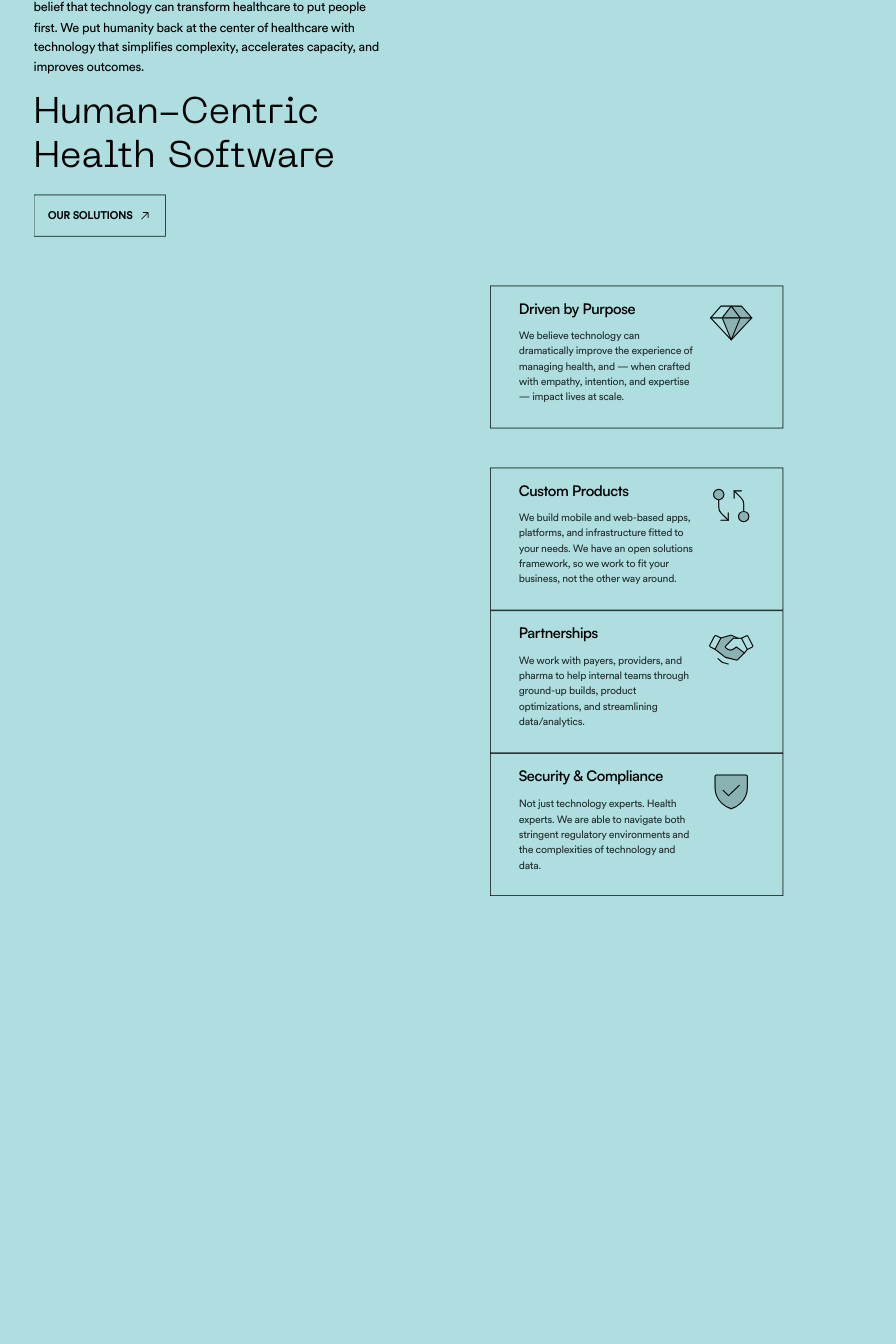
Repository: nikhilsinghrathore1/CAC_Ki_Majdoori
Page: /
The author's editor kept a copy of each file at every save. The page is drawn from the files as they stood at one save, then again after the next save.
The browser window is 1280 px wide. The pictures show the part of the page from y = 960 to 2880 px (the page is 2880 px tall), at 70% of full size.
The project was rebuilt for these pictures with package versions that can differ from the ones it lists, and the page was loaded fresh each time. Also part of the build but not shown: vite.config.ts.

Above is the page before, as saved 2024-07-24 23:40:02.

### index.html
<!doctype html>
<html lang="en">
  <head>
    <meta charset="UTF-8" />
    <link rel="icon" type="image/svg+xml" href="/vite.svg" />
    <meta name="viewport" content="width=device-width, initial-scale=1.0" />
    <title>CAC Not hopefully test draft</title>
  </head>
  <body>
    <div id="root"></div>
    <script type="module" src="/src/main.tsx"></script>
  </body>
</html>

### src/App.tsx

import './App.css'
import Landing from './Pages/Landing'
import SecondTest from './Pages/SecondTest'
import ThirdTest from './Pages/ThirdTest'

function App() {

  return (
    <>
      <Landing/>
      <SecondTest/>
      <ThirdTest/>
    </>
  )
}

export default App

### src/index.css
@tailwind base;
@tailwind components;
@tailwind utilities;

/* Hide scrollbar for Chrome, Safari and Opera */
*::-webkit-scrollbar {
            width: 3px;


}

### src/App.css
@font-face {
  font-family: font1;
  src: url("/PPNeueMontreal-Regular.ttf");
}

@font-face {
  font-family: font2;
  src: url("/659dbdfd5a080be8d3483173_Satoshi-Variable.ttf");
}
 @font-face {
  font-family: font4;
  src: url("/public/CircularXXWeb-Book.ttf");
}
@font-face {
  font-family: font3;
  src: url("/659dbdfd5a080be8d348316e_PP\ Neue\ Machina\ Inktrap\ Medium.ttf");
}
@font-face {
  font-family: font5;
  src: url("/public/659dbdfd5a080be8d348316f_PPNeueMachina_\ Light.ttf");
}

.f1{
  font-family: font1;
}
.f2{
  font-family: font2;
}

.f3{
  font-family: font3;
}
.f4{
  font-family: font4;
}
.f5{
  font-family: font5;
}
.transi{
  transition: all 0.5s ease-out;
}

### src/Pages/SecondTest.tsx
import React from 'react'
import Marquee from '../components/Marquee'

const SecondTest = () => {
  return (
               <>

               <div className='w-full h-screen bg-[#AEDEE0] relative   '>

               <div className='w-full text-center f2 font-semibold text-[23.5px] leading-none pt-[90px] tracking-wide'>
                 <h1 className='mb-4'>We foster growth through success</h1>
                 <h1>that is more than just a club:</h1>
               </div>

<div className='absolute top-[55%] left-1/2 -translate-x-1/2 -translate-y-1/2 w-full whitespace-nowrap overflow-hidden '>
               <Marquee text={["emphatatic" ,"useful","intuitive" , "nikoChan"]} dist={20}/>
               <Marquee text={["emphatatic" ,"useful","intuitive" , "nikoChan"]} dist={40}/>
               <Marquee text={["emphatatic" ,"useful","intuitive" , "nikoChan"]} dist={30}/>
               <Marquee text={["emphatatic" ,"useful","intuitive" , "nikoChan"]} dist={80}/>

</div>
</div>
</>
  )
}

export default SecondTest

### src/Pages/ThirdTest.tsx
import React from 'react'
import { GoArrowUpRight } from "react-icons/go";
import InsideAbout from '../components/InsideAbout';


const ThirdTest = () => {
  return (
    <div className='w-full h-[300vh] justify-between bg-[#AEDEE0] flex items-start px-12'>
               <div className='w-[41.9%] mt-20 pt-32 sticky top-0'>
                           <p className='f4 text-[1.14rem] font-normal tracking-tight leading-[1.78rem]'>Significo is a custom health software developer founded on the belief that technology can transform healthcare to put people first. We put humanity back at the center of healthcare with technology that simplifies complexity, accelerates capacity, and improves outcomes. </p>

                           <h1 className='f5 text-[3.3rem] mt-5 leading-[4rem]'>Human-Centric Health Software</h1>

                           <div className='w-[38%] h-[60px] mt-5 border border-black font-semibold uppercase flex items-center gap-2 text-[15px]  f4 justify-center'>
                              <h1 className='flex items-center gap-2'>our Solutions <GoArrowUpRight className='text-[1.2rem] '/></h1>
                           </div>
               </div>
               <div className='w-[50%]   h-full pt-[90vh] pl-12'>
                              <div className=' w-[77%] origin-center ml-3  transition-all  pt-4  flex justify-between gap-4 px-10 border border-black h-[13.5%]'>
                                            <InsideAbout mainText={"Driven by Purpose"} para={"We believe technology can dramatically improve the experience of managing health, and — when crafted with empathy, intention, and expertise — impact lives at scale."} svg={<svg width="100%" height="38%" viewBox="0 0 64 64" fill="none" xmlns="http://www.w3.org/2000/svg">
<path opacity="0.2" d="M45.9998 10H31.9998L19.7271 26L31.9998 56L59.9998 26L45.9998 10Z" fill="currentColor"></path>
<path d="M18 10H46L60 26L32 56L4 26L18 10Z" stroke="currentColor" stroke-width="1.5" stroke-linecap="round" stroke-linejoin="round"></path>
<path d="M44.2726 26L31.9998 56L19.7271 26L31.9998 10L44.2726 26Z" stroke="currentColor" stroke-width="1.5" stroke-linecap="round" stroke-linejoin="round"></path>
<path d="M4 26H60" stroke="currentColor" stroke-width="1.5" stroke-linecap="round" stroke-linejoin="round"></path>
</svg>}/>

                              </div>
                              <div className=' w-[77%] mt-14 origin-center ml-3  transition-all  pt-4  flex justify-between gap-4 px-10 border border-black h-[13.5%]'>
                                            <InsideAbout mainText={"Custom Products"} para={"We build mobile and web-based apps, platforms, and infrastructure fitted to your needs. We have an open solutions framework, so we work to fit your business, not the other way around."} svg={<svg width="100%" height="40%" viewBox="0 0 64 64" fill="none" xmlns="http://www.w3.org/2000/svg">
<path opacity="0.2" d="M49.0005 54C52.8665 54 56.0005 50.866 56.0005 47C56.0005 43.134 52.8665 40 49.0005 40C45.1345 40 42.0005 43.134 42.0005 47C42.0005 50.866 45.1345 54 49.0005 54Z" fill="currentColor"></path>
<path opacity="0.2" d="M15 24C18.866 24 22 20.866 22 17C22 13.134 18.866 10 15 10C11.134 10 8 13.134 8 17C8 20.866 11.134 24 15 24Z" fill="currentColor"></path>
<path d="M49.0005 54C52.8665 54 56.0005 50.866 56.0005 47C56.0005 43.134 52.8665 40 49.0005 40C45.1345 40 42.0005 43.134 42.0005 47C42.0005 50.866 45.1345 54 49.0005 54Z" stroke="currentColor" stroke-width="1.5" stroke-linecap="round" stroke-linejoin="round"></path>
<path d="M49.0006 40L49.0002 29.9703C49.0001 26.7878 47.7358 23.7358 45.4855 21.4855L36 12" stroke="currentColor" stroke-width="1.5" stroke-linecap="round" stroke-linejoin="round"></path>
<path d="M36 22V12H46" stroke="currentColor" stroke-width="1.5" stroke-linecap="round" stroke-linejoin="round"></path>
<path d="M15 24C18.866 24 22 20.866 22 17C22 13.134 18.866 10 15 10C11.134 10 8 13.134 8 17C8 20.866 11.134 24 15 24Z" stroke="currentColor" stroke-width="1.5" stroke-linecap="round" stroke-linejoin="round"></path>
<path d="M15 24L15.0004 34.0297C15.0005 37.2122 16.2648 40.2642 18.5151 42.5145L28.0006 52" stroke="currentColor" stroke-width="1.5" stroke-linecap="round" stroke-linejoin="round"></path>
<path d="M28.0003 42V52H18.0003" stroke="currentColor" stroke-width="1.5" stroke-linecap="round" stroke-linejoin="round"></path>
</svg>}/>

                              </div>
                              <div className=' w-[77%] mt-114 origin-center ml-3  transition-all  pt-4  flex justify-between gap-4 px-10 border border-black h-[13.5%]'>
                                            <InsideAbout mainText={"Partnerships"} para={"We work with payers, providers, and pharma to help internal teams through ground-up builds, product optimizations, and streamlining data/analytics."} svg={<svg width="100%" height="40%" viewBox="0 0 64 64" fill="none" xmlns="http://www.w3.org/2000/svg">
<path opacity="0.2" d="M50 38.2155L40.8007 47.4147C40.5565 47.659 40.2532 47.8358 39.9204 47.928C39.5875 48.0201 39.2365 48.0246 38.9014 47.9408L24.4122 44.3185C24.1404 44.2506 23.886 44.1263 23.6653 43.9537L10 33.268L18.1436 17.9475L30.9736 14.2071C31.4319 14.0735 31.9229 14.1082 32.3578 14.3051L41 18.2155H35.8284C35.5658 18.2155 35.3057 18.2672 35.0631 18.3677C34.8204 18.4682 34.5999 18.6155 34.4142 18.8012L24.6306 28.5848C24.428 28.7875 24.2713 29.0313 24.1711 29.2997C24.0709 29.5682 24.0295 29.855 24.0498 30.1408C24.0702 30.4267 24.1517 30.7048 24.2888 30.9564C24.426 31.208 24.6156 31.4271 24.8448 31.5991L26.2 32.6155C27.5848 33.654 29.269 34.2155 31 34.2155C32.731 34.2155 34.4152 33.654 35.8 32.6155L39 30.2155L50 38.2155Z" fill="currentColor"></path>
<path d="M60.1794 30.4462L54 33.5359L46 18.2154L52.2423 15.0942C52.7113 14.8597 53.2536 14.8188 53.7525 14.9802C54.2514 15.1416 54.6669 15.4925 54.9096 15.9573L61.0578 27.7316C61.1808 27.967 61.2556 28.2246 61.2779 28.4892C61.3002 28.7539 61.2696 29.0204 61.1878 29.2731C61.1061 29.5258 60.9748 29.7596 60.8016 29.9611C60.6285 30.1625 60.417 30.3274 60.1794 30.4462V30.4462Z" stroke="currentColor" stroke-width="1.5" stroke-linecap="round" stroke-linejoin="round"></path>
<path d="M10.0011 33.2681L3.8217 30.1784C3.58414 30.0596 3.37261 29.8947 3.19947 29.6932C3.02633 29.4918 2.89504 29.258 2.81327 29.0052C2.7315 28.7525 2.70088 28.4861 2.7232 28.2214C2.74552 27.9568 2.82033 27.6992 2.94327 27.4638L9.09151 15.6895C9.33421 15.2247 9.74973 14.8738 10.2486 14.7124C10.7475 14.551 11.2898 14.5919 11.7588 14.8264L18.0011 17.9475L10.0011 33.2681Z" stroke="currentColor" stroke-width="1.5" stroke-linecap="round" stroke-linejoin="round"></path>
<path d="M54 33.5359L50 38.2154L40.8007 47.4147C40.5565 47.6589 40.2532 47.8357 39.9204 47.9279C39.5875 48.0201 39.2365 48.0245 38.9014 47.9407L24.4122 44.3184C24.1404 44.2505 23.886 44.1262 23.6653 43.9537L10 33.2679" stroke="currentColor" stroke-width="1.5" stroke-linecap="round" stroke-linejoin="round"></path>
<path d="M50 38.2155L39 30.2155L35.8 32.6155C34.4152 33.654 32.7309 34.2155 31 34.2155C29.269 34.2155 27.5848 33.654 26.2 32.6155L24.8448 31.5991C24.6156 31.4271 24.4259 31.208 24.2888 30.9564C24.1516 30.7048 24.0701 30.4267 24.0498 30.1408C24.0295 29.855 24.0709 29.5682 24.1711 29.2997C24.2713 29.0313 24.428 28.7875 24.6306 28.5849L34.4142 18.8012C34.5999 18.6155 34.8204 18.4682 35.063 18.3677C35.3057 18.2672 35.5658 18.2155 35.8284 18.2155H46" stroke="currentColor" stroke-width="1.5" stroke-linecap="round" stroke-linejoin="round"></path>
<path d="M18.1433 17.9475L30.9733 14.2071C31.4316 14.0735 31.9226 14.1082 32.3576 14.3051L40.9997 18.2155" stroke="currentColor" stroke-width="1.5" stroke-linecap="round" stroke-linejoin="round"></path>
<path d="M28 53.2154L20.4651 51.3317C20.1594 51.2552 19.876 51.1076 19.6381 50.9008L14 46" stroke="currentColor" stroke-width="1.5" stroke-linecap="round" stroke-linejoin="round"></path>
</svg>}/>

                              </div>
                              <div className=' w-[77%] mt-114 origin-center ml-3  transition-all  pt-4  flex justify-between gap-4 px-10 border border-black h-[13.5%]'>
                                            <InsideAbout mainText={"Security & Compliance"} para={"Not just technology experts. Health experts. We are able to navigate both stringent regulatory environments and the complexities of technology and data."} svg={<svg width="100%" height="40%" viewBox="0 0 64 64" fill="none" xmlns="http://www.w3.org/2000/svg">
<path opacity="0.2" d="M10 26.6667V12C10 11.4696 10.2107 10.9609 10.5858 10.5858C10.9609 10.2107 11.4696 10 12 10H52C52.5304 10 53.0391 10.2107 53.4142 10.5858C53.7893 10.9609 54 11.4696 54 12V26.6667C54 47.6705 36.1735 54.6292 32.6141 55.8093C32.2161 55.9463 31.7839 55.9463 31.386 55.8093C27.8265 54.6292 10 47.6705 10 26.6667Z" fill="currentColor"></path>
<path d="M10 26.6667V12C10 11.4696 10.2107 10.9609 10.5858 10.5858C10.9609 10.2107 11.4696 10 12 10H52C52.5304 10 53.0391 10.2107 53.4142 10.5858C53.7893 10.9609 54 11.4696 54 12V26.6667C54 47.6705 36.1735 54.6292 32.6141 55.8093C32.2161 55.9463 31.7839 55.9463 31.386 55.8093C27.8265 54.6292 10 47.6705 10 26.6667Z" stroke="currentColor" stroke-width="1.5" stroke-linecap="round" stroke-linejoin="round"></path>
<path d="M43 24L28.3333 38L21 31" stroke="currentColor" stroke-width="1.5" stroke-linecap="round" stroke-linejoin="round"></path>
</svg>}/>

                              </div>
               </div>
    </div>
  )
}

export default ThirdTest

### src/components/Marquee.tsx
import React from 'react'

type marqueprop ={
               text:String[]
               dist:Number
}

const Marquee = ({text , dist}:marqueprop) => {
               // console.log(dist)
  return (
    <div className={`w-full flex gap-6 items-center f3 text-[78px] leading-none`}
    style={{ transform: `translateX(-${dist}%)` }}
    >
               <div className='flex  gap-6  px-2 items-center'>
                              <h1>{text[0]}</h1>
                              <div className='w-12 mt-[0px] h-12 rounded-full'>
                                <img className='w-full  h-full object-cover' src="https://cdn.prod.website-files.com/659dbdfd5a080be8d3483164/659dbdfd5a080be8d3483184_Ellipse%20845.webp" alt="not showing" />
                              </div>
               </div>
               <div className='flex  gap-6  px-2 items-center'>
                              <h1>{text[1]}</h1>
                              <div className='w-12  mt-[0px] h-12 rounded-full'>
                                <img className='w-full  h-full object-cover' src="https://cdn.prod.website-files.com/659dbdfd5a080be8d3483164/659dbdfd5a080be8d3483183_Ellipse%20845-6.webp" alt="not showing" />
                              </div>
               </div>
               <div className='flex  gap-6  px-2 items-center'>
                              <h1>{text[2]}</h1>
                              <div className='w-12  mt-[0px] h-12 rounded-full'>
                                <img className='w-full  h-full object-cover' src="https://cdn.prod.website-files.com/659dbdfd5a080be8d3483164/659dbdfd5a080be8d348317a_Ellipse%20845-10.webp" alt="not showing" />
                              </div>
               </div>
               <div className='flex  gap-6  px-2 items-center'>
                              <h1>{text[3]}</h1>
                              <div className='w-12  mt-[0px] h-12 rounded-full'>
                                <img className='w-full  h-full object-cover' src="https://cdn.prod.website-files.com/659dbdfd5a080be8d3483164/659dbdfd5a080be8d3483195_Ellipse%20845.webp" alt="not showing" />
                              </div>
               </div>
               <div className='flex  gap-6  px-2 items-center'>
                              <h1>{text[0]}</h1>
                              <div className='w-12  mt-[0px] h-12 rounded-full'>
                                    <img className='w-full  h-full object-cover' src="https://cdn.prod.website-files.com/659dbdfd5a080be8d3483164/659dbdfd5a080be8d3483181_Ellipse%20845-5.webp" alt="not showing" />
                              </div>
               </div>
               <div className='flex  gap-6  px-2 items-center'>
                              <h1>{text[1]}</h1>
                              <div className='w-12  mt-[12px] h-12 rounded-full'>
                                <img className='w-full  h-full object-cover' src="https://cdn.prod.website-files.com/659dbdfd5a080be8d3483164/659dbdfd5a080be8d3483180_Ellipse%20845-4.webp" alt="not showing" />
                              </div>
               </div>

    </div>
  )
}

export default Marquee

### src/components/InsideAbout.tsx
import React from 'react'

const InsideAbout = ({mainText, para , svg}) => {
  return (
                 <>
                 <div className='w-[280px] h-full'>
               <h1 className='f2 text-[1.3rem] tracking-tight font-semibold'>{mainText}</h1>
               <p className='text-[15px]   f4 opacity-80 font-light tracking-tight leading-[22px] mt-3'>{para}</p>
</div>
<div className='w-[22%] h-full '>
{svg}
</div>
                 </>

  )
}

export default InsideAbout

Loaded but not shown: src/main.tsx (common file); tailwind.config.js (common file); src/Pages/Landing.tsx (262 lines, source omitted)

After the next save:
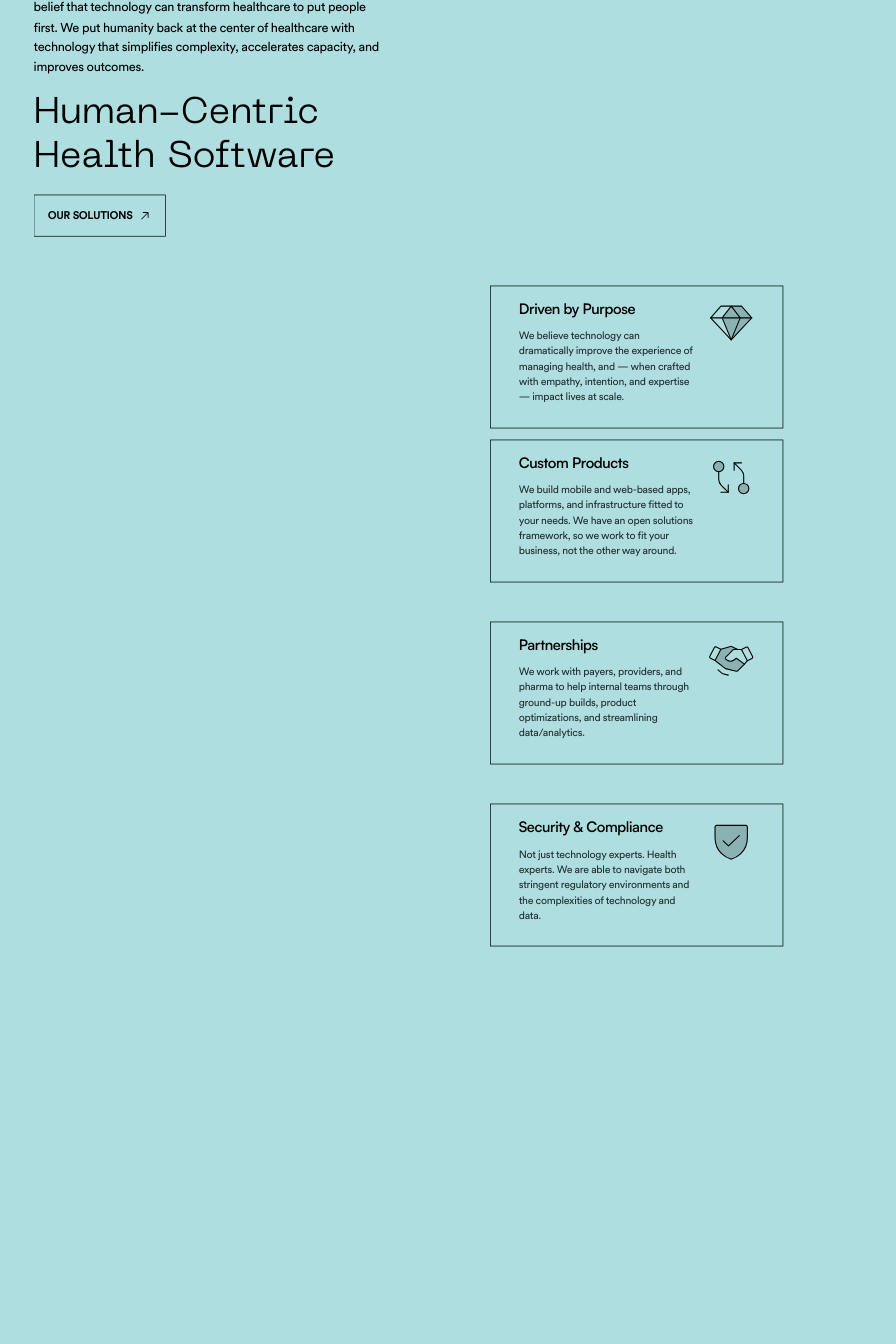
Saved 4 s later.
--- a/src/Pages/ThirdTest.tsx
+++ b/src/Pages/ThirdTest.tsx
@@ -25,7 +25,7 @@
 </svg>}/>
 
                               </div>
-                              <div className=' w-[77%] mt-14 origin-center ml-3  transition-all  pt-4  flex justify-between gap-4 px-10 border border-black h-[13.5%]'>
+                              <div className=' w-[77%] mt-4 origin-center ml-3  transition-all  pt-4  flex justify-between gap-4 px-10 border border-black h-[13.5%]'>
                                             <InsideAbout mainText={"Custom Products"} para={"We build mobile and web-based apps, platforms, and infrastructure fitted to your needs. We have an open solutions framework, so we work to fit your business, not the other way around."} svg={<svg width="100%" height="40%" viewBox="0 0 64 64" fill="none" xmlns="http://www.w3.org/2000/svg">
 <path opacity="0.2" d="M49.0005 54C52.8665 54 56.0005 50.866 56.0005 47C56.0005 43.134 52.8665 40 49.0005 40C45.1345 40 42.0005 43.134 42.0005 47C42.0005 50.866 45.1345 54 49.0005 54Z" fill="currentColor"></path>
 <path opacity="0.2" d="M15 24C18.866 24 22 20.866 22 17C22 13.134 18.866 10 15 10C11.134 10 8 13.134 8 17C8 20.866 11.134 24 15 24Z" fill="currentColor"></path>
@@ -38,7 +38,7 @@
 </svg>}/>
 
                               </div>
-                              <div className=' w-[77%] mt-114 origin-center ml-3  transition-all  pt-4  flex justify-between gap-4 px-10 border border-black h-[13.5%]'>
+                              <div className=' w-[77%] mt-14 origin-center ml-3  transition-all  pt-4  flex justify-between gap-4 px-10 border border-black h-[13.5%]'>
                                             <InsideAbout mainText={"Partnerships"} para={"We work with payers, providers, and pharma to help internal teams through ground-up builds, product optimizations, and streamlining data/analytics."} svg={<svg width="100%" height="40%" viewBox="0 0 64 64" fill="none" xmlns="http://www.w3.org/2000/svg">
 <path opacity="0.2" d="M50 38.2155L40.8007 47.4147C40.5565 47.659 40.2532 47.8358 39.9204 47.928C39.5875 48.0201 39.2365 48.0246 38.9014 47.9408L24.4122 44.3185C24.1404 44.2506 23.886 44.1263 23.6653 43.9537L10 33.268L18.1436 17.9475L30.9736 14.2071C31.4319 14.0735 31.9229 14.1082 32.3578 14.3051L41 18.2155H35.8284C35.5658 18.2155 35.3057 18.2672 35.0631 18.3677C34.8204 18.4682 34.5999 18.6155 34.4142 18.8012L24.6306 28.5848C24.428 28.7875 24.2713 29.0313 24.1711 29.2997C24.0709 29.5682 24.0295 29.855 24.0498 30.1408C24.0702 30.4267 24.1517 30.7048 24.2888 30.9564C24.426 31.208 24.6156 31.4271 24.8448 31.5991L26.2 32.6155C27.5848 33.654 29.269 34.2155 31 34.2155C32.731 34.2155 34.4152 33.654 35.8 32.6155L39 30.2155L50 38.2155Z" fill="currentColor"></path>
 <path d="M60.1794 30.4462L54 33.5359L46 18.2154L52.2423 15.0942C52.7113 14.8597 53.2536 14.8188 53.7525 14.9802C54.2514 15.1416 54.6669 15.4925 54.9096 15.9573L61.0578 27.7316C61.1808 27.967 61.2556 28.2246 61.2779 28.4892C61.3002 28.7539 61.2696 29.0204 61.1878 29.2731C61.1061 29.5258 60.9748 29.7596 60.8016 29.9611C60.6285 30.1625 60.417 30.3274 60.1794 30.4462V30.4462Z" stroke="currentColor" stroke-width="1.5" stroke-linecap="round" stroke-linejoin="round"></path>
@@ -50,7 +50,7 @@
 </svg>}/>
 
                               </div>
-                              <div className=' w-[77%] mt-114 origin-center ml-3  transition-all  pt-4  flex justify-between gap-4 px-10 border border-black h-[13.5%]'>
+                              <div className=' w-[77%] mt-14 origin-center ml-3  transition-all  pt-4  flex justify-between gap-4 px-10 border border-black h-[13.5%]'>
                                             <InsideAbout mainText={"Security & Compliance"} para={"Not just technology experts. Health experts. We are able to navigate both stringent regulatory environments and the complexities of technology and data."} svg={<svg width="100%" height="40%" viewBox="0 0 64 64" fill="none" xmlns="http://www.w3.org/2000/svg">
 <path opacity="0.2" d="M10 26.6667V12C10 11.4696 10.2107 10.9609 10.5858 10.5858C10.9609 10.2107 11.4696 10 12 10H52C52.5304 10 53.0391 10.2107 53.4142 10.5858C53.7893 10.9609 54 11.4696 54 12V26.6667C54 47.6705 36.1735 54.6292 32.6141 55.8093C32.2161 55.9463 31.7839 55.9463 31.386 55.8093C27.8265 54.6292 10 47.6705 10 26.6667Z" fill="currentColor"></path>
 <path d="M10 26.6667V12C10 11.4696 10.2107 10.9609 10.5858 10.5858C10.9609 10.2107 11.4696 10 12 10H52C52.5304 10 53.0391 10.2107 53.4142 10.5858C53.7893 10.9609 54 11.4696 54 12V26.6667C54 47.6705 36.1735 54.6292 32.6141 55.8093C32.2161 55.9463 31.7839 55.9463 31.386 55.8093C27.8265 54.6292 10 47.6705 10 26.6667Z" stroke="currentColor" stroke-width="1.5" stroke-linecap="round" stroke-linejoin="round"></path>
